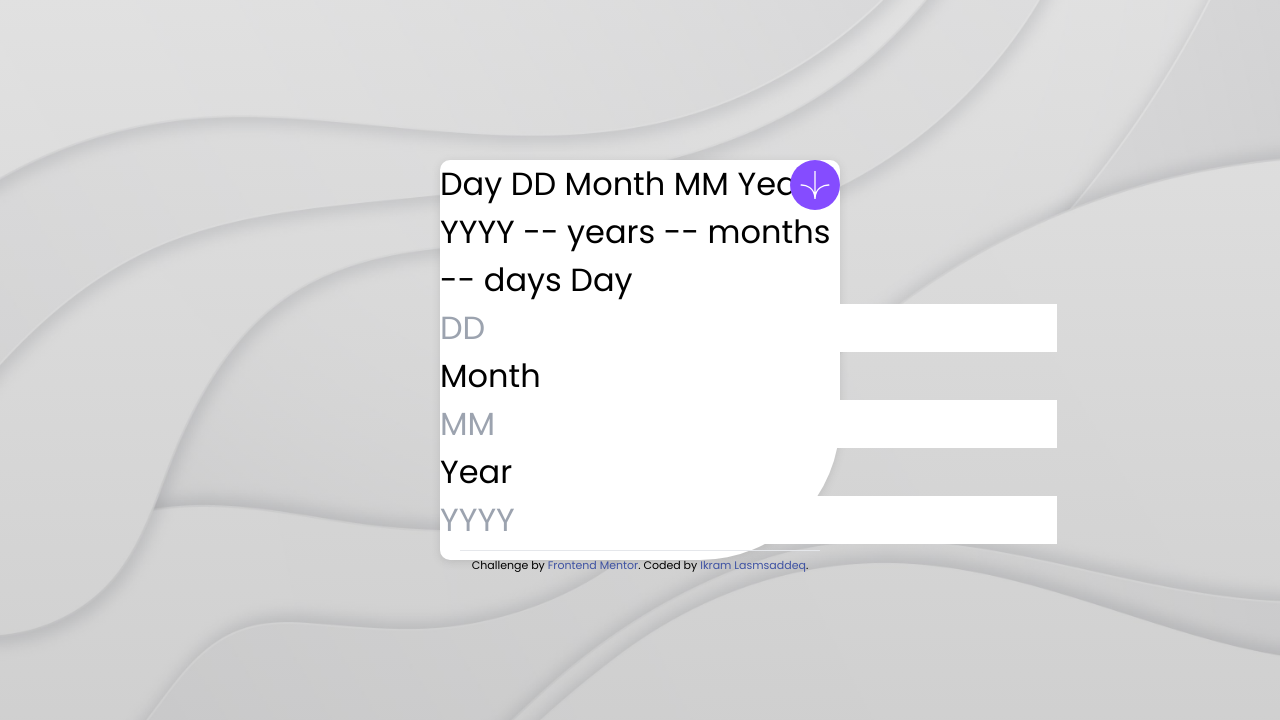
Repository: ikram-lisa/age-display
Page: /
An editor plug-in stored every save of this project. The page is shown before and after a run of saves, followed by the edit.
The browser window is 1280 px wide. The pictures show the whole page.
Some web libraries are served in a nearby version. The project was rebuilt for these pictures with package versions that can differ from the ones it lists, and the page was loaded fresh each time.

Above is the page before, as saved 2024-04-30 23:08:07.

After the next 2 saves:
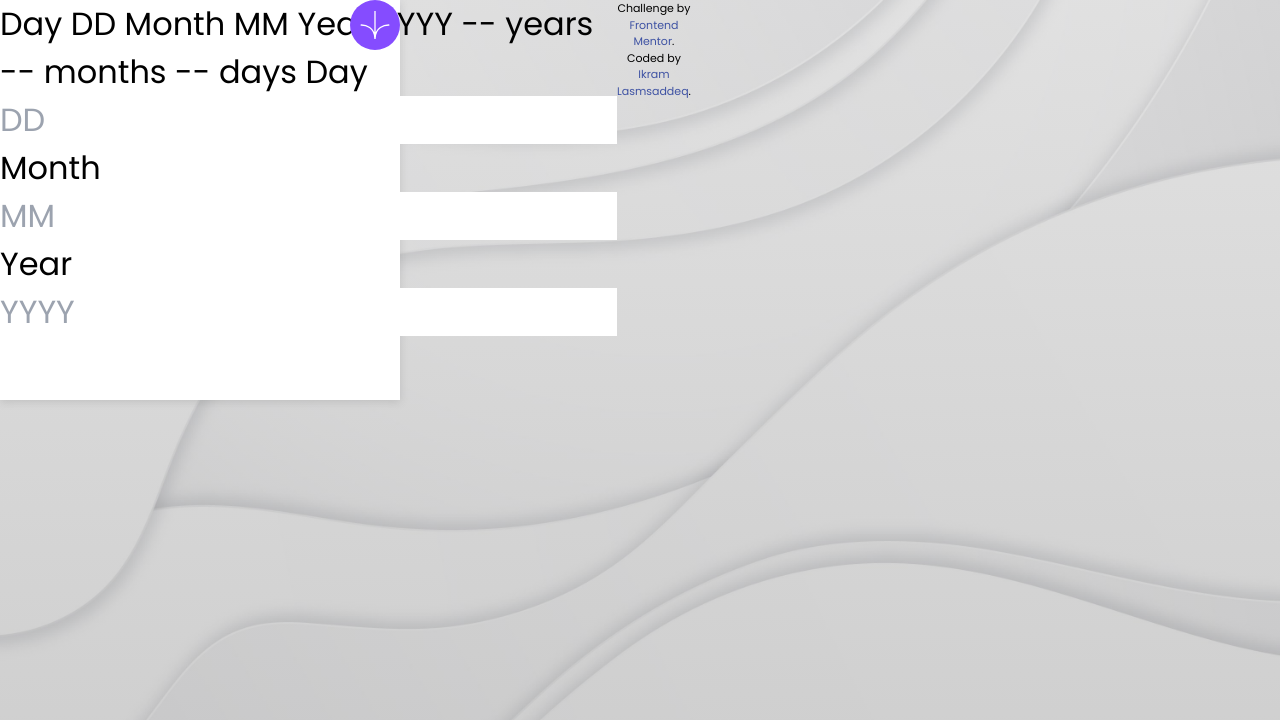
The 2 saves are shown as one change because they came seconds apart.
The last was saved 73 s later.
--- a/css/style.scss
+++ b/css/style.scss
@@ -28,13 +28,16 @@ body {
   min-width: 400px;
   height: 400px;
   background-color: white;
-  position: absolute;
-  top: 50%;
-  left: 50%;
-  transform: translate(-50%, -50%);
-  border-radius: 10px 10px 140px 10px;
+  //   position: absolute;
+  //   top: 50%;
+  //   left: 50%;
+  //   transform: translate(-50%, -50%);
+  //   border-radius: 10px 10px 140px 10px;
   box-shadow: rgba(99, 99, 99, 0.2) 0px 2px 8px 0px;
-
+  position: relative;
+  display: grid;
+  grid-template-columns: 1fr 1fr 1fr 1fr;
+  grid-template-rows: 1fr 1fr 1fr 1fr 1fr;
   .submit {
     width: 50px;
     height: 50px;
